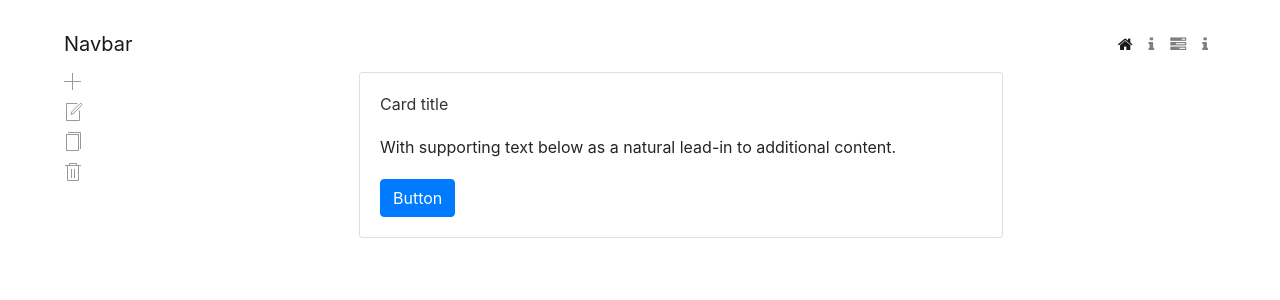
Repository: latenightsnacc/ceeless
Page: index.html
These files come from the project's save history. The page is drawn as it stood at one moment and after the next save; the edit follows.
The browser window is 1280 px wide. The pictures show the whole page.
Some web libraries are served in a nearby version. The style sheet was rebuilt from its Sass, Less or Tailwind sources for each picture, by a compiler version that may differ from the author's.

Above is the page before, as saved 2020-06-11 15:44:28.

After the next save:
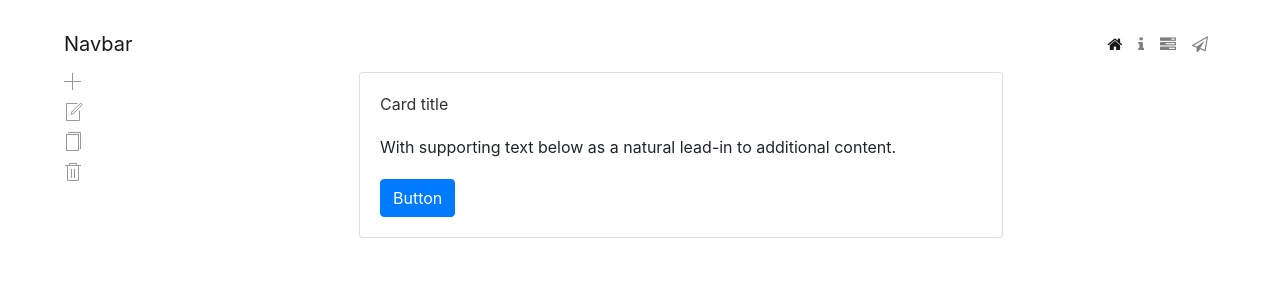
Saved 27 s later.
--- a/index.html
+++ b/index.html
@@ -45,7 +45,7 @@
                   <a class="nav-link" href="#"><i class="fa fa-tasks" aria-hidden="true"></i></a>
                 </li>
                 <li class="nav-item">
-                    <a class="nav-link" href="#"><i class="fa fa-info"></i></a>
+                    <a class="nav-link" href="#"><i class="fa fa-send-o"></i></a>
                   </li>
               </ul>
             </div>
